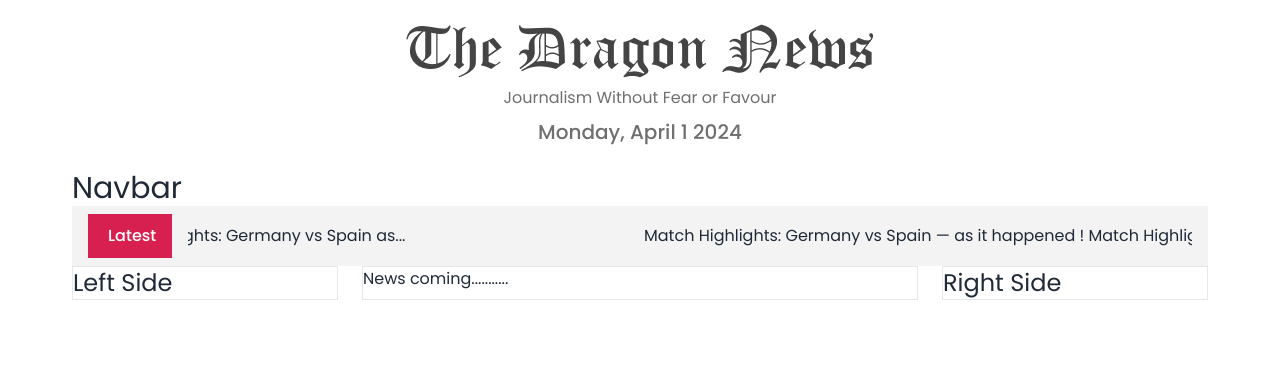
Repository: ShouravAhammed/react-dragon-news-auth
Page: /
These files come from the project's save history. The page is drawn as it stood at one moment and after the next save; the edit follows.
The browser window is 1280 px wide. The pictures show the whole page.
The project was rebuilt for these pictures with package versions that can differ from the ones it lists, and the page was loaded fresh each time. Also part of the build but not shown: vite.config.js, src/pages/About/About.jsx, src/pages/Career/Career.jsx.

Above is the page before, as saved 2024-04-13 03:08:56.

After the next save:
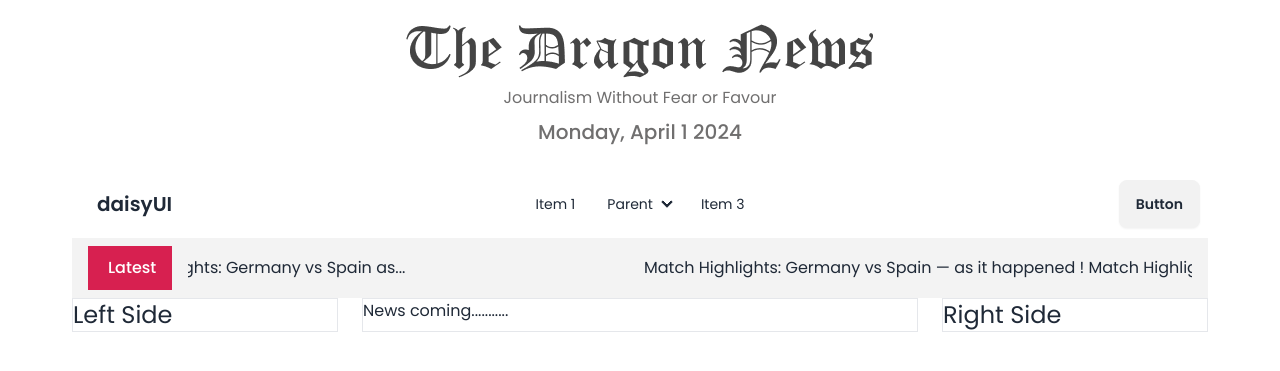
Saved 109 s later.
--- a/src/pages/Shared/Navbar/Navbar.jsx
+++ b/src/pages/Shared/Navbar/Navbar.jsx
@@ -3,7 +3,45 @@
 const Navbar = () => {
     return (
         <div>
-            <h3 className="text-3xl">Navbar</h3>
+            <div className="navbar">
+  <div className="navbar-start">
+    <div className="dropdown">
+      <div tabIndex={0} role="button" className="btn btn-ghost lg:hidden">
+        <svg xmlns="http://www.w3.org/2000/svg" className="h-5 w-5" fill="none" viewBox="0 0 24 24" stroke="currentColor"><path strokeLinecap="round" strokeLinejoin="round" strokeWidth="2" d="M4 6h16M4 12h8m-8 6h16" /></svg>
+      </div>
+      <ul tabIndex={0} className="menu menu-sm dropdown-content mt-3 z-[1] p-2 shadow bg-base-100 rounded-box w-52">
+        <li><a>Item 1</a></li>
+        <li>
+          <a>Parent</a>
+          <ul className="p-2">
+            <li><a>Submenu 1</a></li>
+            <li><a>Submenu 2</a></li>
+          </ul>
+        </li>
+        <li><a>Item 3</a></li>
+      </ul>
+    </div>
+    <a className="btn btn-ghost text-xl">daisyUI</a>
+  </div>
+  <div className="navbar-center hidden lg:flex">
+    <ul className="menu menu-horizontal px-1">
+      <li><a>Item 1</a></li>
+      <li>
+        <details>
+          <summary>Parent</summary>
+          <ul className="p-2">
+            <li><a>Submenu 1</a></li>
+            <li><a>Submenu 2</a></li>
+          </ul>
+        </details>
+      </li>
+      <li><a>Item 3</a></li>
+    </ul>
+  </div>
+  <div className="navbar-end">
+    <a className="btn">Button</a>
+  </div>
+</div>
         </div>
     );
 };
